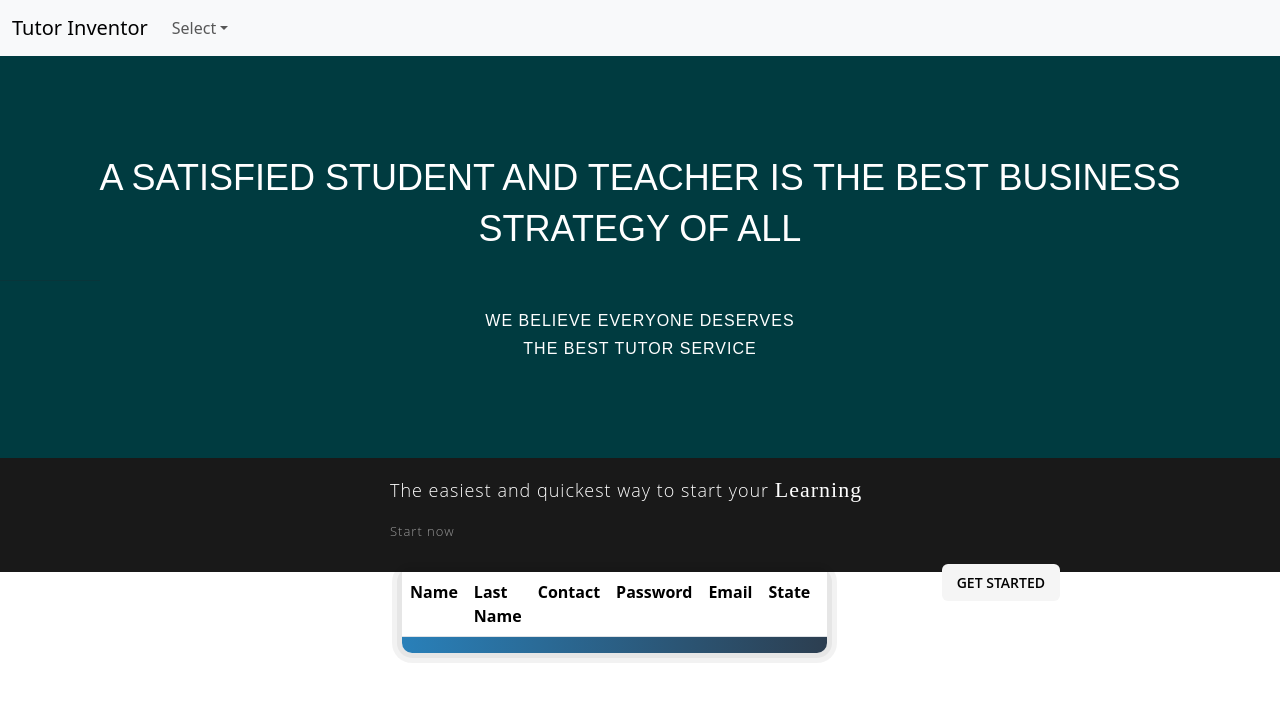
Repository: shailesh89-art/E-tutor-springboot-hibernate
Page: http://localhost/TUTOR_INVENTOR_1/pages/parent_Admin_edit.jsp
The author's editor kept a copy of each file at every save. The page is drawn from the files as they stood at one save, then again after the next save.
The browser window is 1280 px wide. The pictures show the whole page.
Some web libraries are served in a nearby version. The page is served by Tomcat 9. The template is opened directly, without the code that normally fills it, so the values that code supplies are empty.

Above is the page before, as saved 2023-05-03 14:00:22.

After the next save:
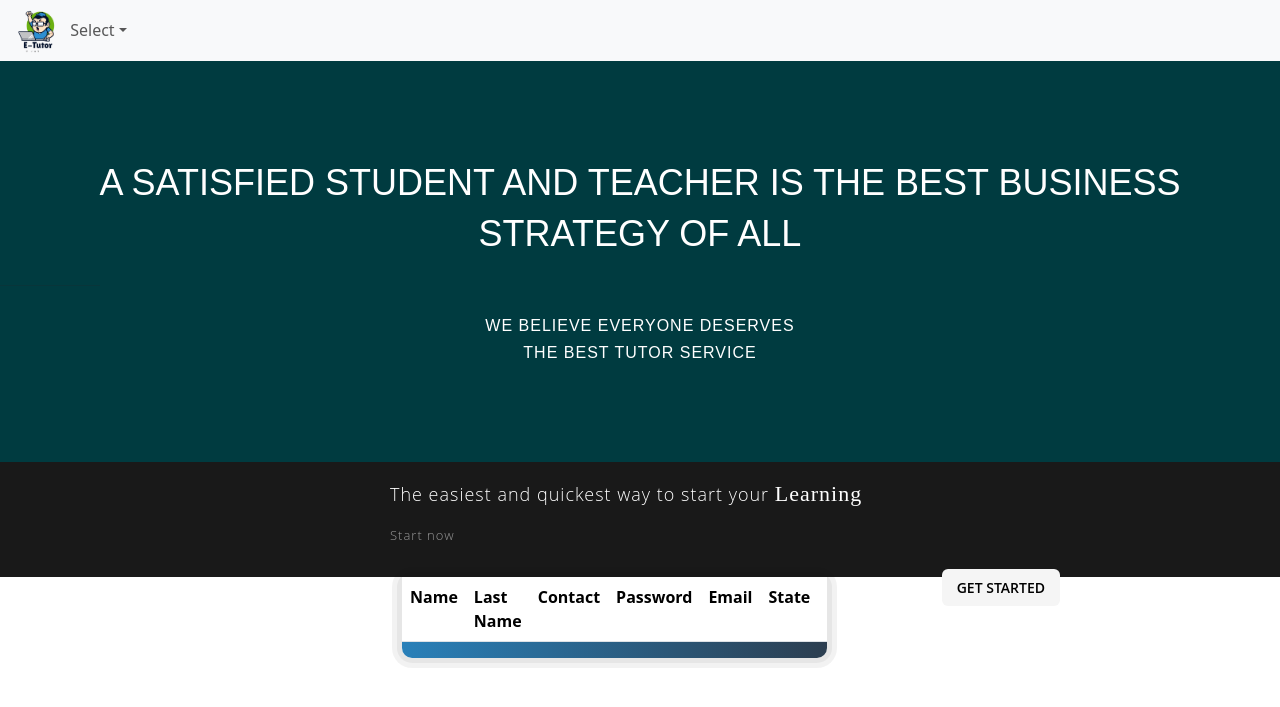
Saved 49 s later.
--- a/TUTOR_INVENTOR_1/src/main/webapp/pages/parent_Admin_edit.jsp
+++ b/TUTOR_INVENTOR_1/src/main/webapp/pages/parent_Admin_edit.jsp
@@ -396,7 +396,7 @@
   <body>
   <nav class="navbar navbar-expand-lg navbar-light bg-light">
         <div class="container-fluid">
-          <a class="navbar-brand" href="#">Tutor Inventor</a>
+           <img  id="logo" src="Assets/imgs/Screenshot_(160)-transformed (1)-fotor-bg-remover-20230423203452.png" alt="">
           <button class="navbar-toggler" type="button" data-bs-toggle="collapse" data-bs-target="#navbarColor03" aria-controls="navbarColor03" aria-expanded="false" aria-label="Toggle navigation">
             <span class="navbar-toggler-icon"></span>
           </button>
